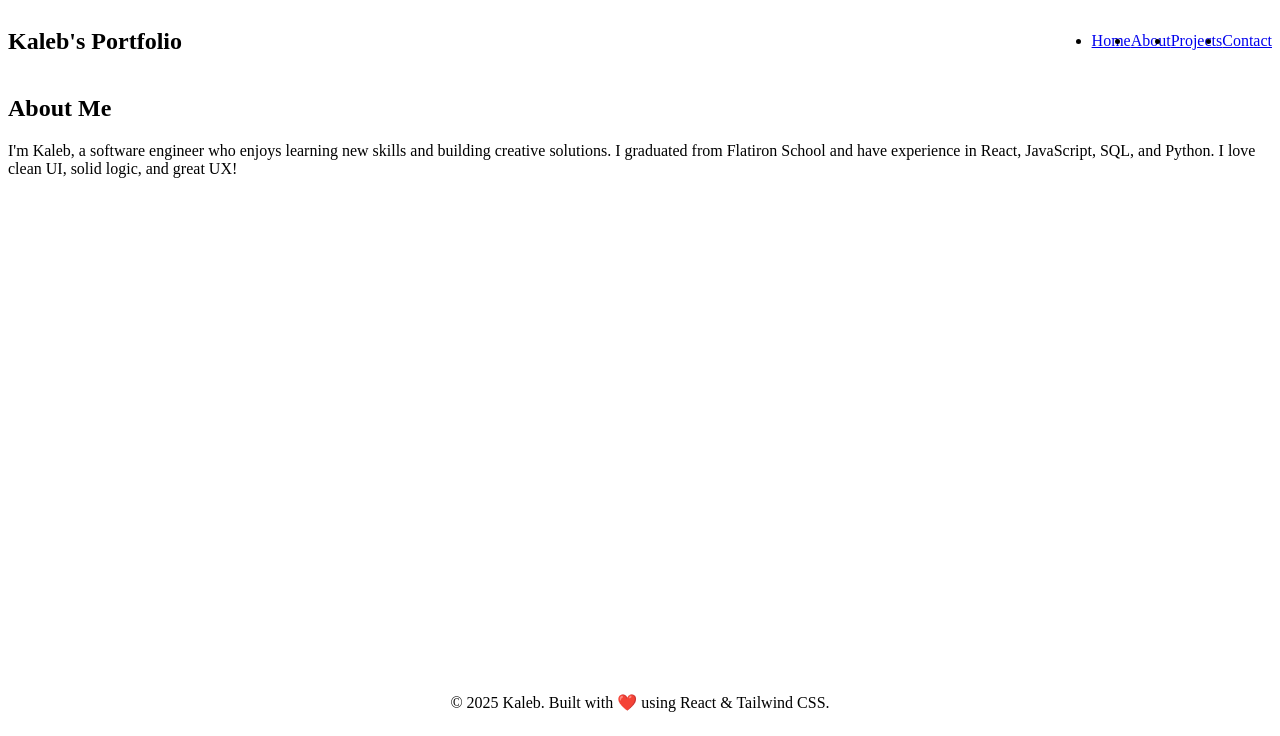
Repository: KalebMalone/portfolio-site
Page: /about
The author's editor kept a copy of each file at every save. The page is drawn from the files as they stood at one save, then again after a run of saves.
The browser window is 1280 px wide. The pictures show the whole page.
The project was rebuilt for these pictures with package versions that can differ from the ones it lists, and the page was loaded fresh each time. Also part of the build but not shown: vite.config.js, src/pages/Home.jsx, src/pages/Projects.jsx, src/pages/Contact.jsx.

Above is the page before, as saved 2025-04-23 16:51:22.

After the next 2 saves:
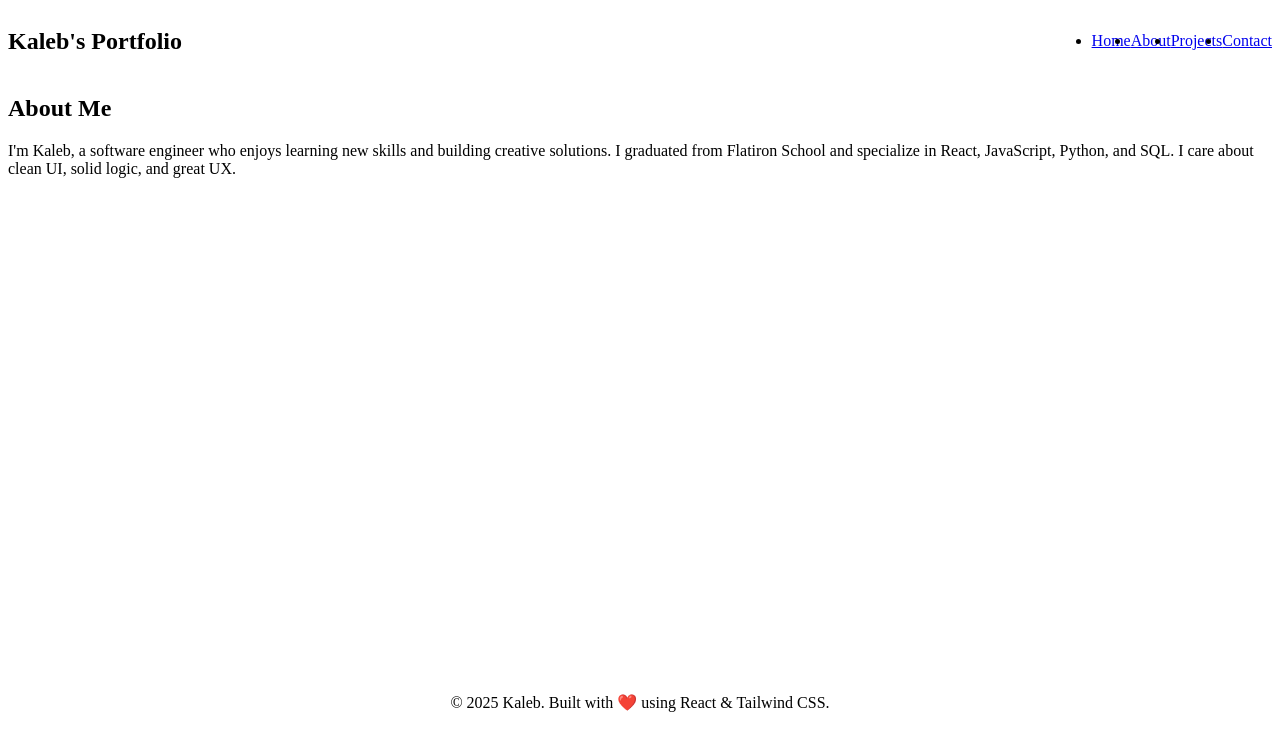
The 2 saves are shown as one change because they came seconds apart.
The last was saved 8 s later.
--- a/src/pages/About.jsx
+++ b/src/pages/About.jsx
@@ -1,9 +1,9 @@
 const About = () => {
     return (
-        <section className="p-6 max-w-3xl mx-auto">
-            <h2 className="text-3xl font-bold mb-4">About Me</h2>
-            <p className="text-gray-700 text-lg">
-                I'm Kaleb, a software engineer who enjoys learning new skills and building creative solutions. I graduated from Flatiron School and have experience in React, JavaScript, SQL, and Python. I love clean UI, solid logic, and great UX!
+        <section className="max-w-3xl mx-auto p-6">
+            <h2 className="text-3xl font-bold text-gray-800 mb-4">About Me</h2>
+            <p className="text-gray-700 text-lg leading-relaxed">
+                I'm Kaleb, a software engineer who enjoys learning new skills and building creative solutions. I graduated from Flatiron School and specialize in React, JavaScript, Python, and SQL. I care about clean UI, solid logic, and great UX.
             </p>
         </section>
     );
